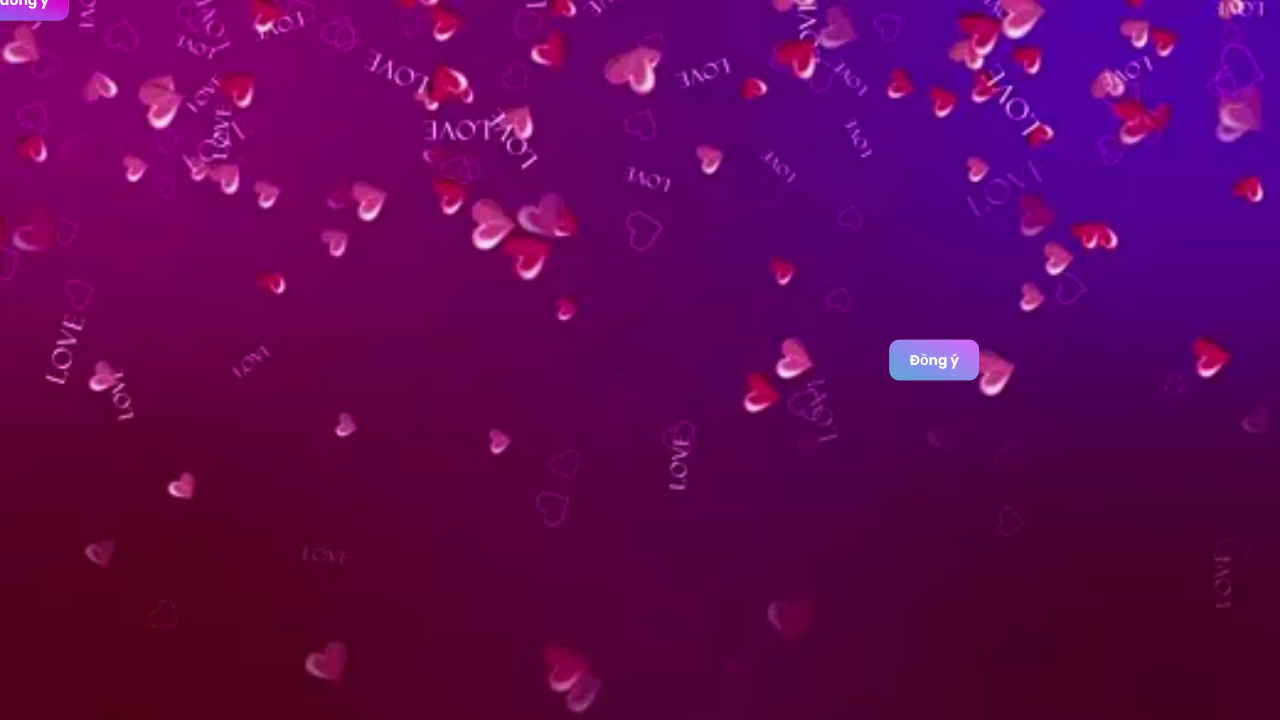
Repository: kuluong2000/love
Page: index.html
An editor plug-in stored every save of this project. The page is shown before and after the next save, followed by the edit.
The browser window is 1280 px wide. The pictures show the whole page.

Above is the page before, as saved 2022-06-04 22:11:49.

After the next save:
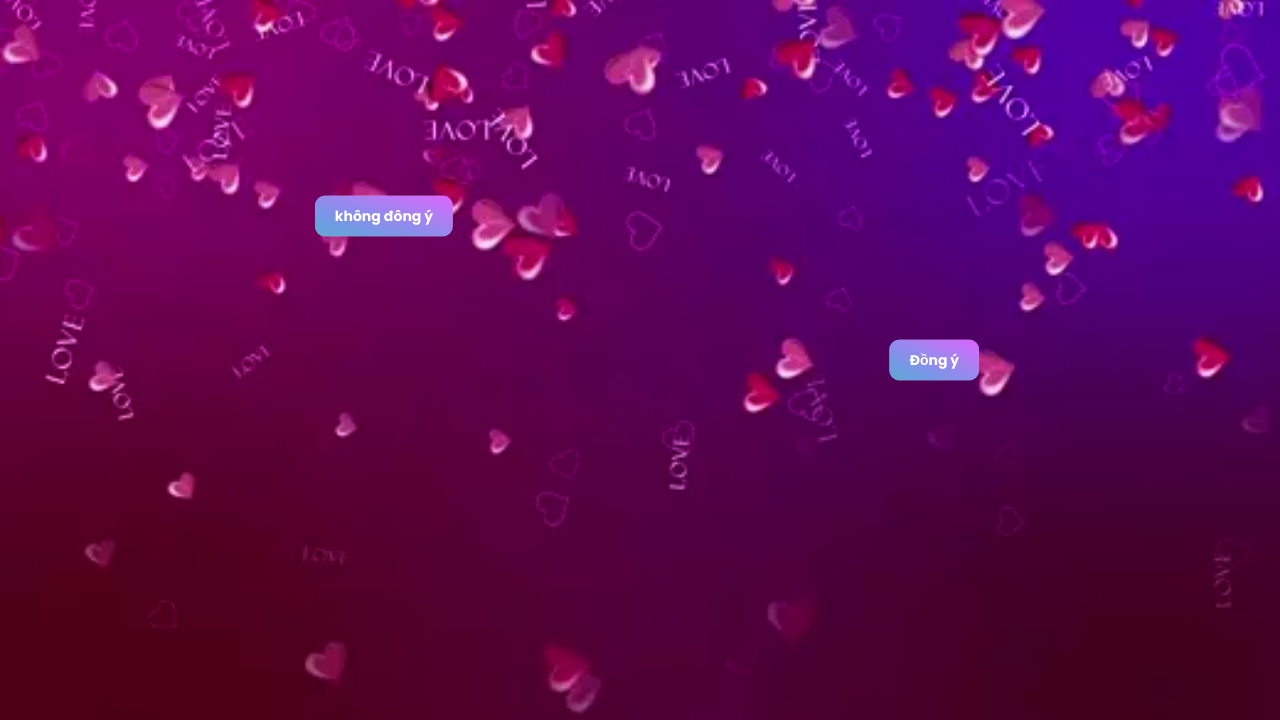
Saved 13 s later.
--- a/app.css
+++ b/app.css
@@ -54,5 +54,7 @@ body {
   transform: translate(-50%, -50%);
 }
 .love-fail {
+  top: 30%;
+  left: 30%;
   transform: translate(-50%, -50%);
 }
